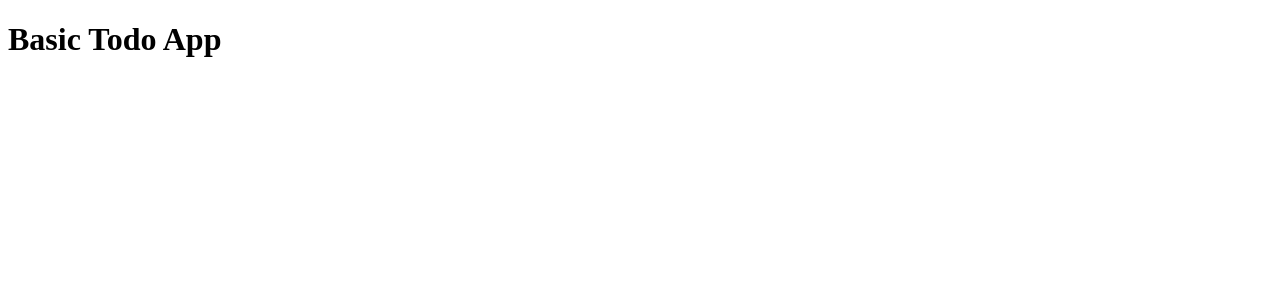
Repository: Kayla-amr/dgm_3760
Page: todoTemplate-W2/index.html
The author's editor kept a copy of each file at every save. The page is drawn from the files as they stood at one save, then again after the next save.
The browser window is 1280 px wide. The pictures show the whole page.

Above is the page before, as saved 2022-10-05 13:35:14.

After the next save:
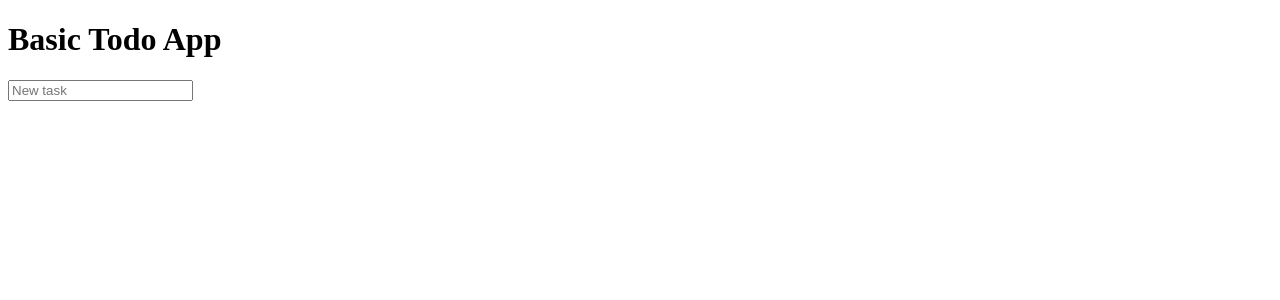
Saved 4 s later.
--- a/todoTemplate-W2/src/index.js
+++ b/todoTemplate-W2/src/index.js
@@ -46,3 +46,4 @@ function addTask (){
 
 
 myApp.appendChild(appTitle);
+addTask()
